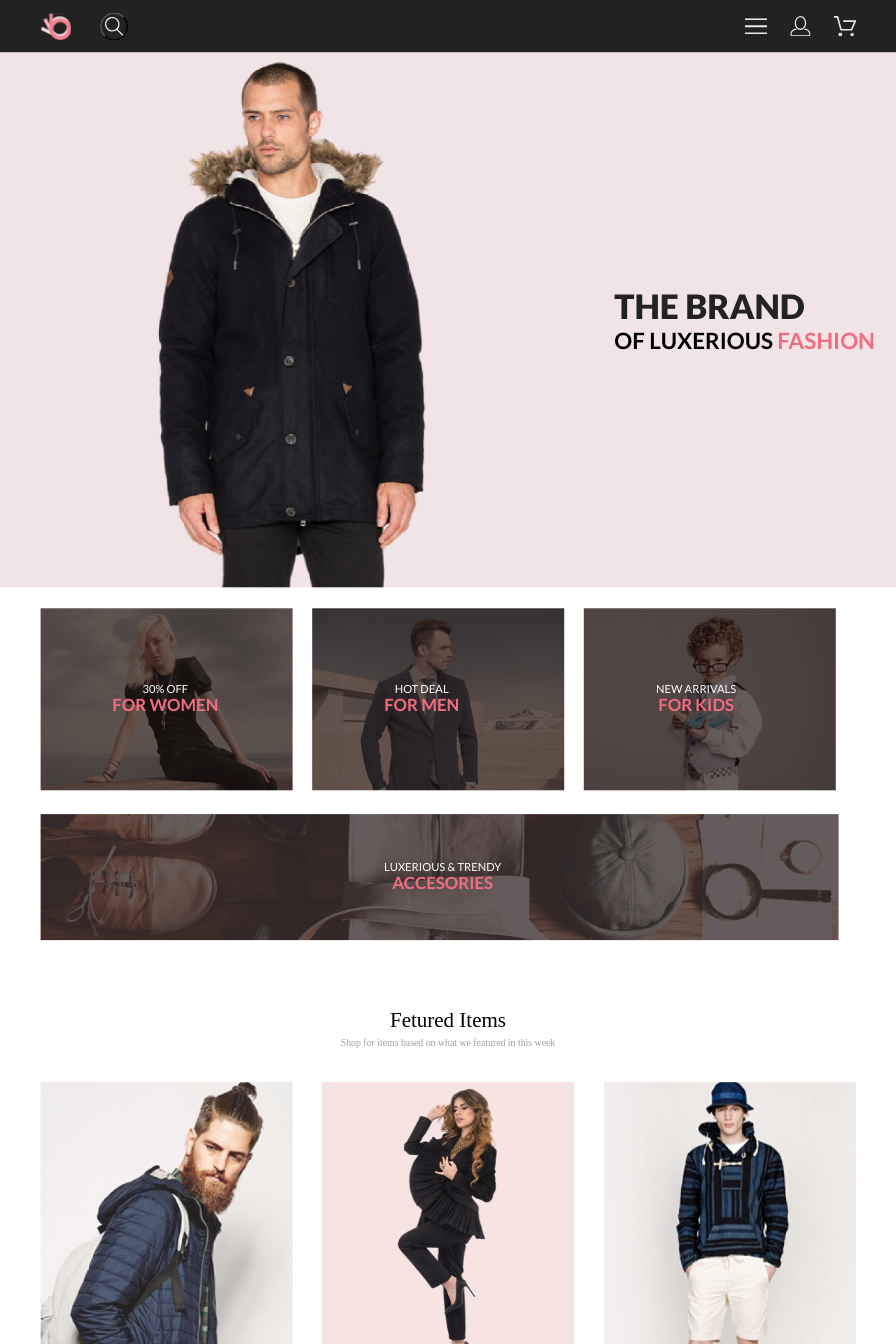
Repository: shtepaa/work-show-linkid
Page: les01/index.html
These files come from the project's save history. The page is drawn as it stood at one moment and after a run of saves; the edit follows.
The browser window is 1280 px wide. The pictures show the part of the page from y = 0 to 1920 px (the page is 3886 px tall), at 70% of full size.

Above is the page before, as saved 2022-02-15 12:17:21.

After the next 3 saves:
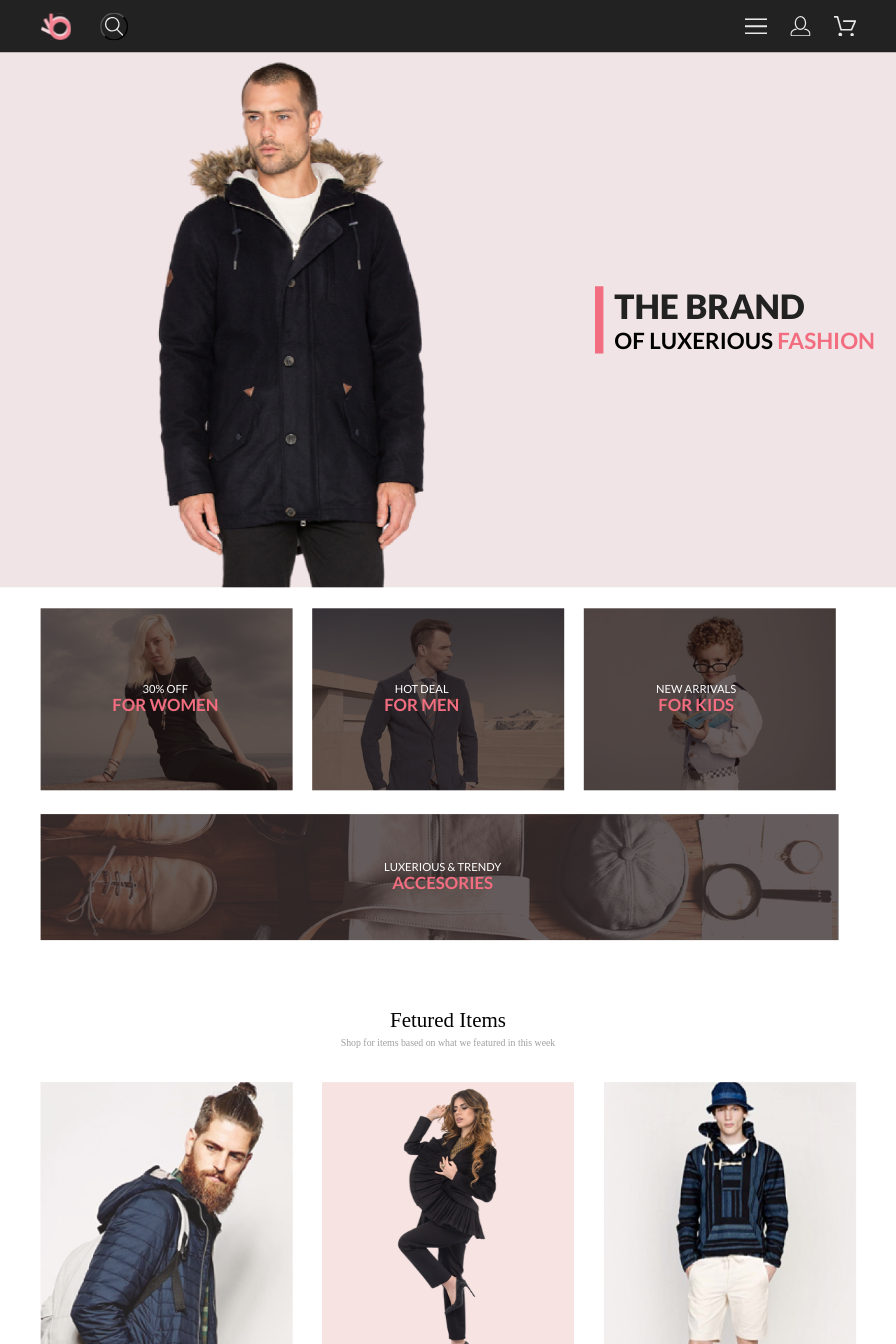
The 3 saves are shown as one change because they came seconds apart.
The last was saved 21 s later.
--- a/les01/style.css
+++ b/les01/style.css
@@ -63,7 +63,7 @@ h2 {
 }
 .pink-line {
 
-  border-left: #f16d7f;
+  border-left: 12px solid #f16d7f;
 }
 .header-cover {
   /* width: 100%; */
